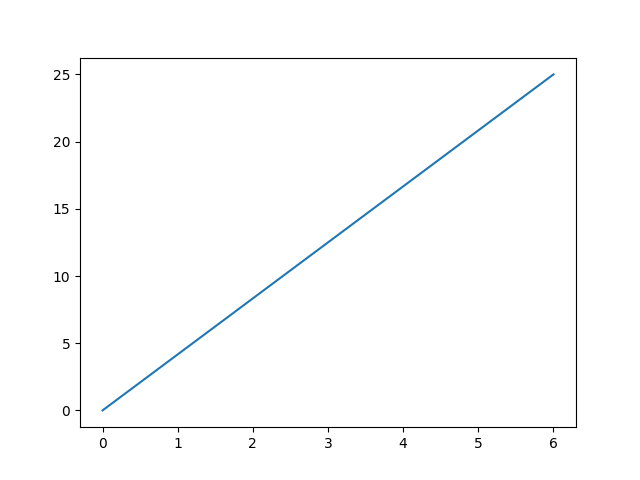
Repository: medenitunc/August-25-leanrning-Pyhton
Script's output: python Day02_05_Dv2.py
These files come from the project's save history. The script's output is drawn as it stood at one moment and after the next save; the edit follows.
Random numbers start from a fixed seed.

Above is the script's output before, as saved 2025-11-27 09:31:48.

### Day02_05_Dv2.py
import matplotlib.pyplot as plt
import numpy as np


# numpy - numerical python - library for numerical calculations

xval = np.array([0,6])
yval = np.array([0,25])

plt.plot(xval, yval)
plt.show()

After the next save:
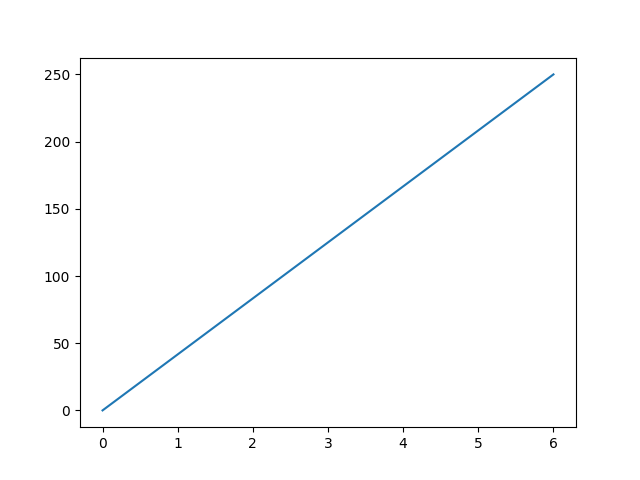
Saved 30 s later.
--- a/Day02_05_Dv2.py
+++ b/Day02_05_Dv2.py
@@ -5,7 +5,7 @@ import numpy as np
 # numpy - numerical python - library for numerical calculations
 
 xval = np.array([0,6])
-yval = np.array([0,25])
+yval = np.array([0,250])
 
 plt.plot(xval, yval)
 plt.show()
